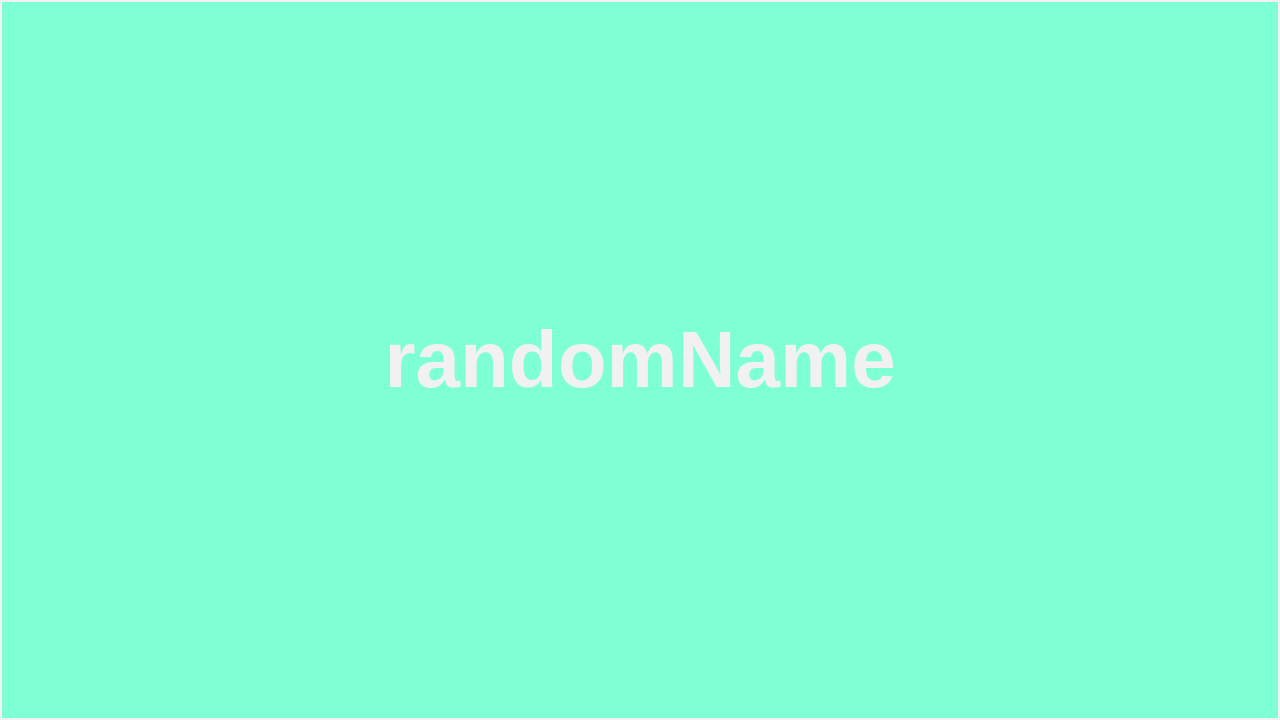
Repository: odiloalmeida/inever
Page: index.html
The author's editor kept a copy of each file at every save. The page is drawn from the files as they stood at one save, then again after the next save.
The browser window is 1280 px wide. The pictures show the whole page.

Above is the page before, as saved 2023-01-31 19:58:44.

After the next save:
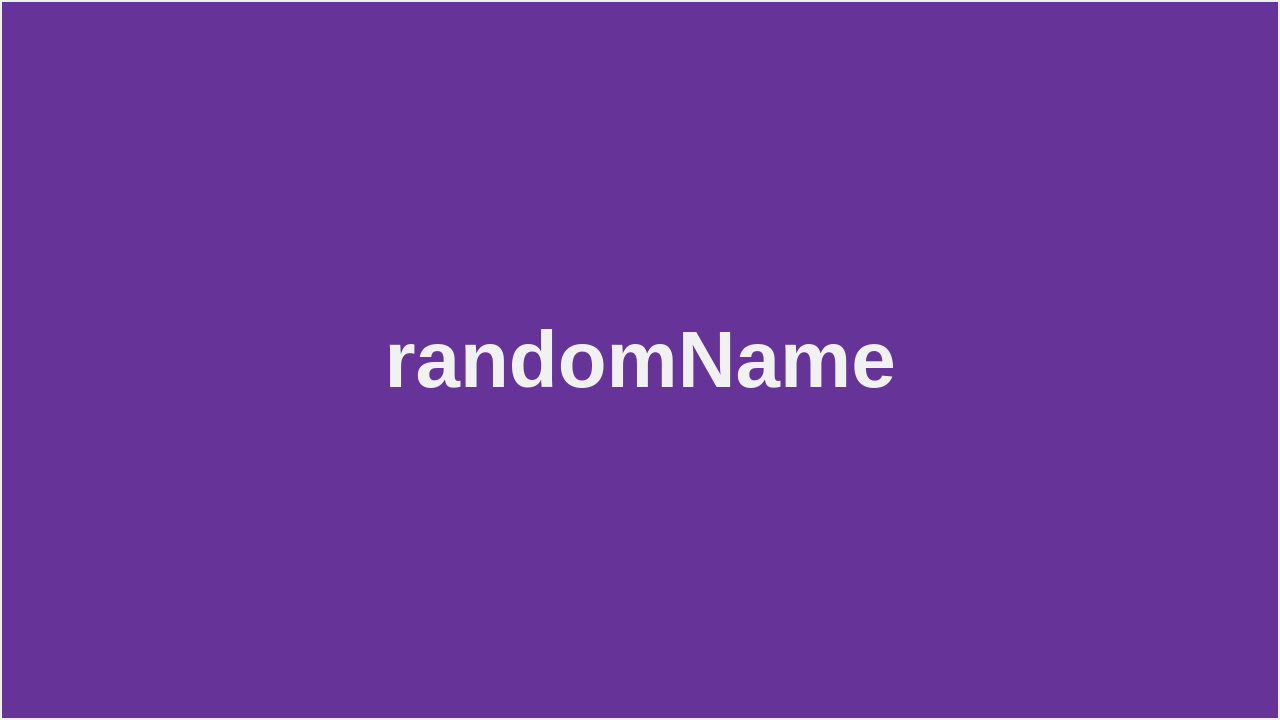
Saved 12 s later.
--- a/style.css
+++ b/style.css
@@ -7,7 +7,7 @@
 body {
     width: 100vw;
     height: 100vh;
-    background-color:aquamarine;
+    background-color:rebeccapurple;
     display: flex;
     flex-direction: column;
     align-items: center;
